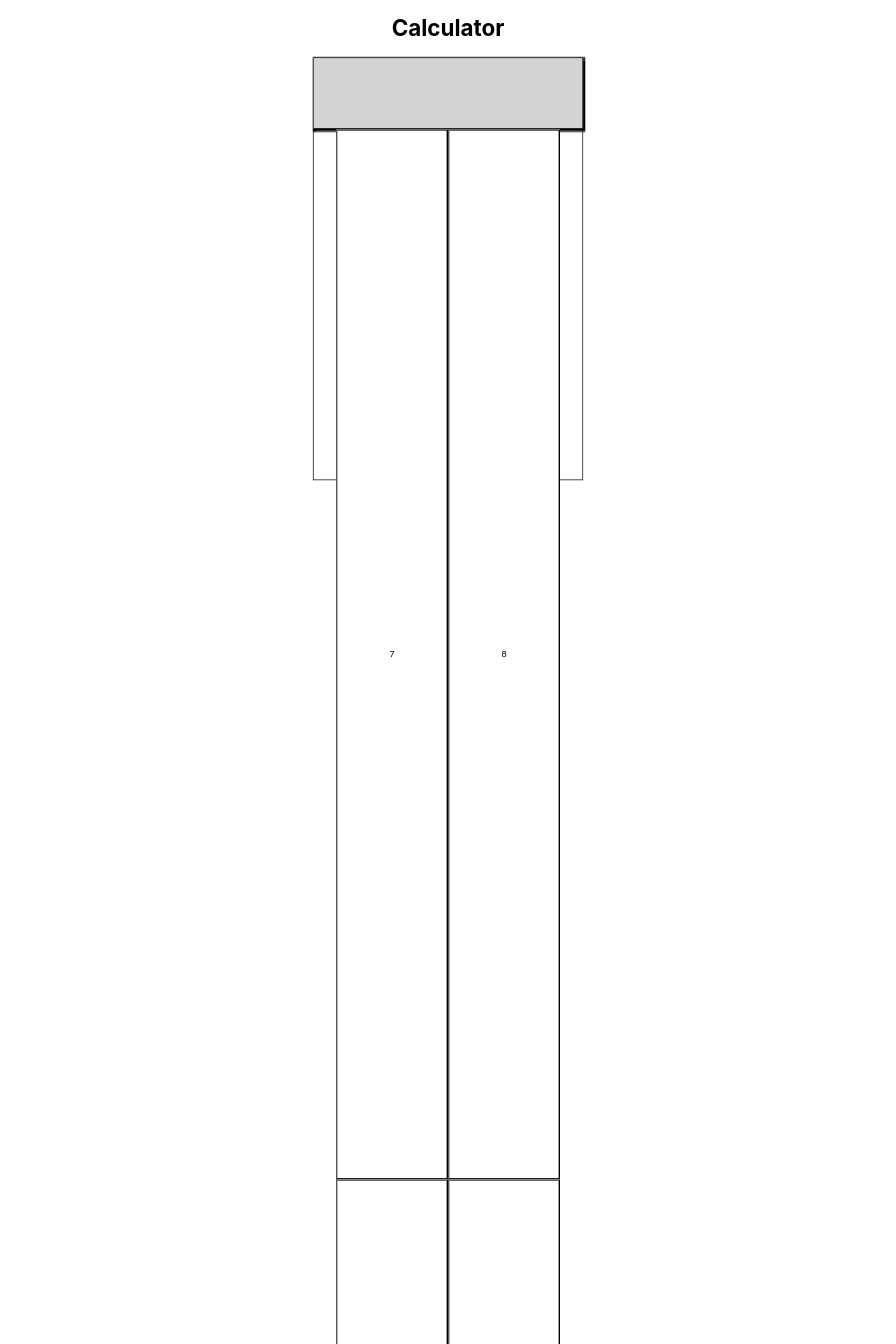
Repository: punitbathija/Placement-Assitance-iNeuron
Page: / (app in React/calculator/)
An editor plug-in stored every save of this project. The page is shown before and after the next save, followed by the edit.
The browser window is 1280 px wide. The pictures show the part of the page from y = 0 to 1920 px (the page is 12185 px tall), at 70% of full size.
The project was rebuilt for these pictures with package versions that can differ from the ones it lists, and the page was loaded fresh each time.

Above is the page before, as saved 2023-06-05 16:09:19.

After the next save:
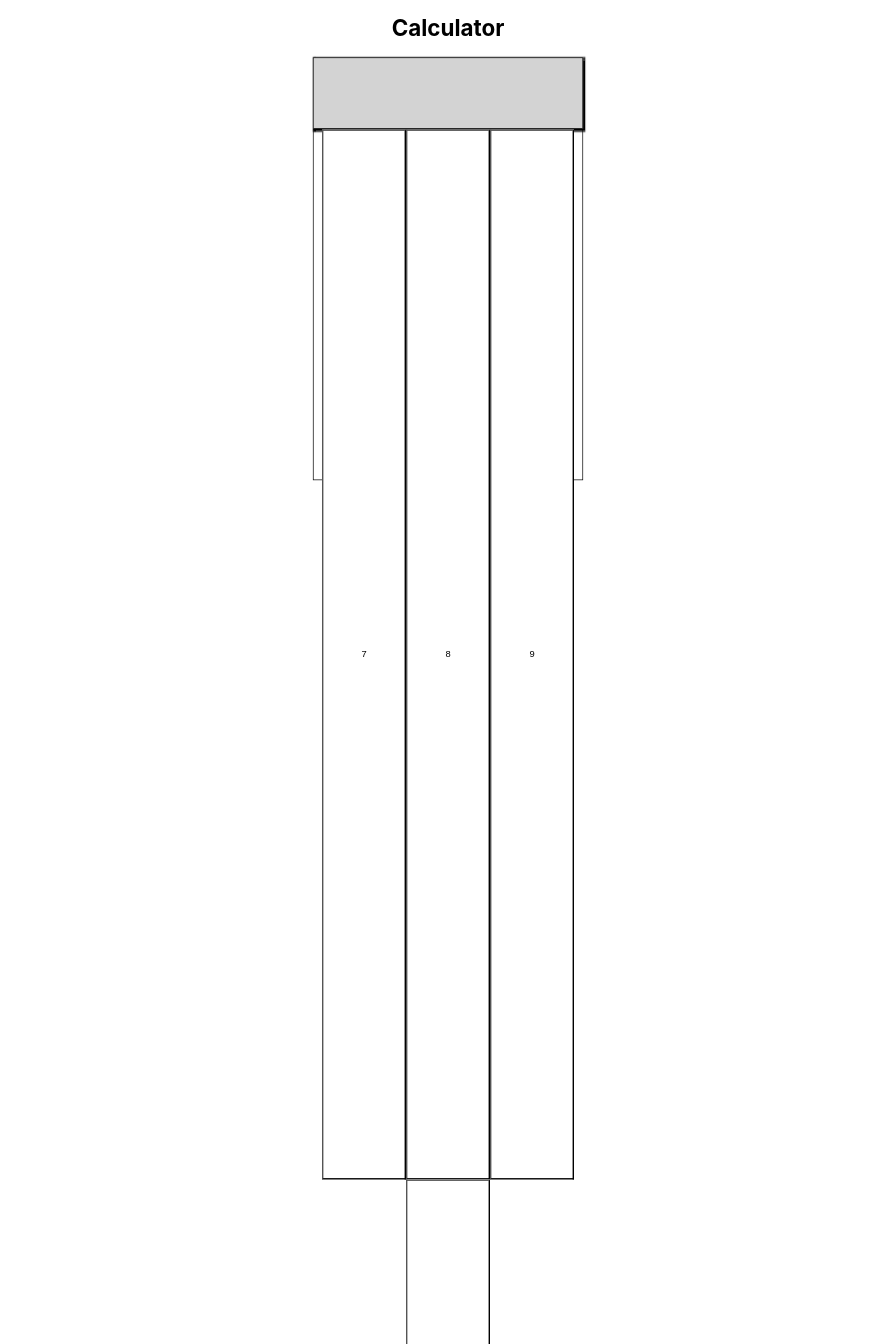
Saved 4 s later.
--- a/React/calculator/src/index.css
+++ b/React/calculator/src/index.css
@@ -31,6 +31,6 @@ code {
 
 .btn{
   height: 1500px;
-  width: 160px;
+  width: 120px;
   background-color: white;
 }
